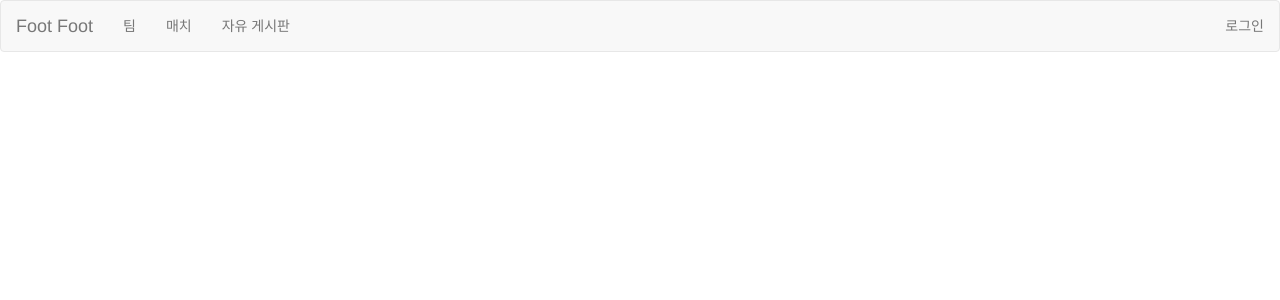
Repository: YuJunHa1/footfoot
Page: http://localhost/footfoot/nav.jsp
An editor plug-in stored every save of this project. The page is shown before and after the next save, followed by the edit.
The browser window is 1280 px wide. The pictures show the whole page.
Some web libraries are served in a nearby version. The page is served by Tomcat 9.

Above is the page before, as saved 2024-10-05 14:17:22.

After the next save:
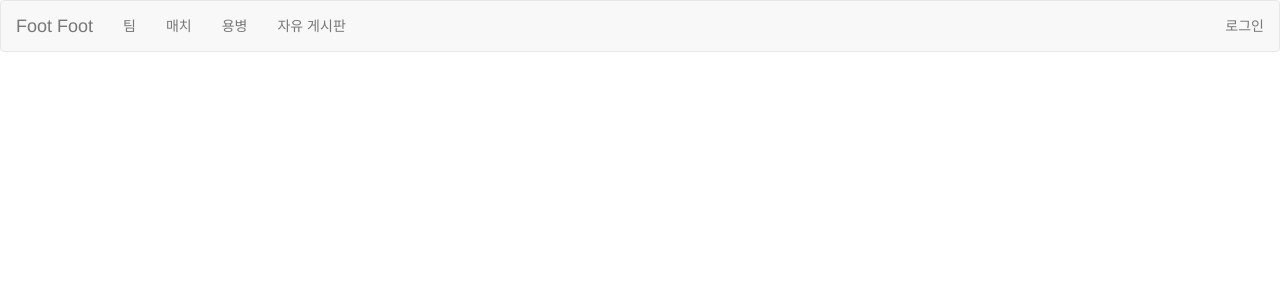
Saved 24 h 22 min later.
--- a/footfoot/src/main/webapp/nav.jsp
+++ b/footfoot/src/main/webapp/nav.jsp
@@ -24,6 +24,7 @@
 			<ul class="nav navbar-nav">
 				<li><a href="team.jsp">팀</a></li>
 				<li><a href="match.jsp">매치</a></li>
+				<li><a href="mercenary.jsp">용병</a></li>
 				<li><a href="bbs.jsp">자유 게시판</a></li>
 			</ul>
 			<ul class="nav navbar-nav navbar-right">
